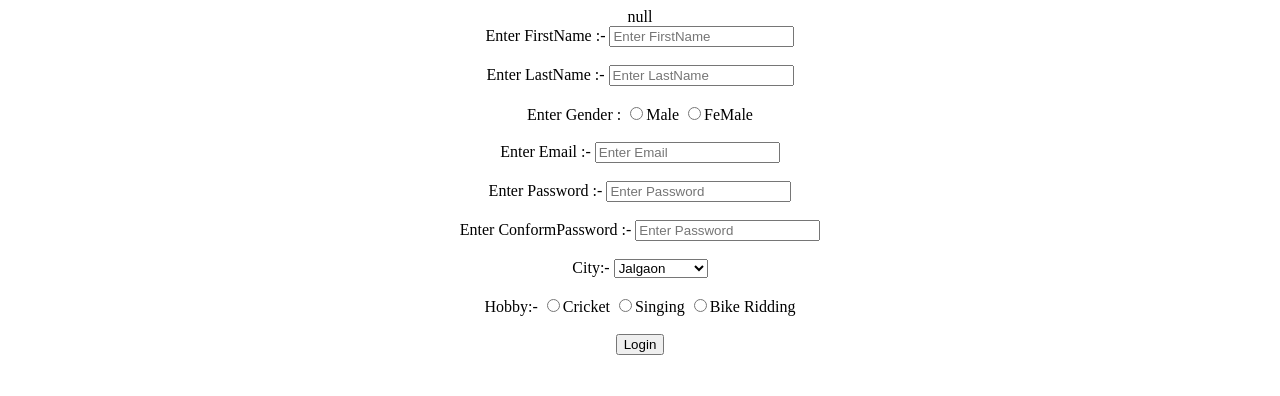
Repository: shzkhar/ISM_ADV_JAVA_23
Page: http://localhost/JSPRegiDemo/Regi.jsp
An editor plug-in stored every save of this project. The page is shown before and after the next save, followed by the edit.
The browser window is 1280 px wide. The pictures show the whole page.
The page is served by Tomcat 9.

Above is the page before, as saved 2023-04-02 13:24:23.

After the next save:
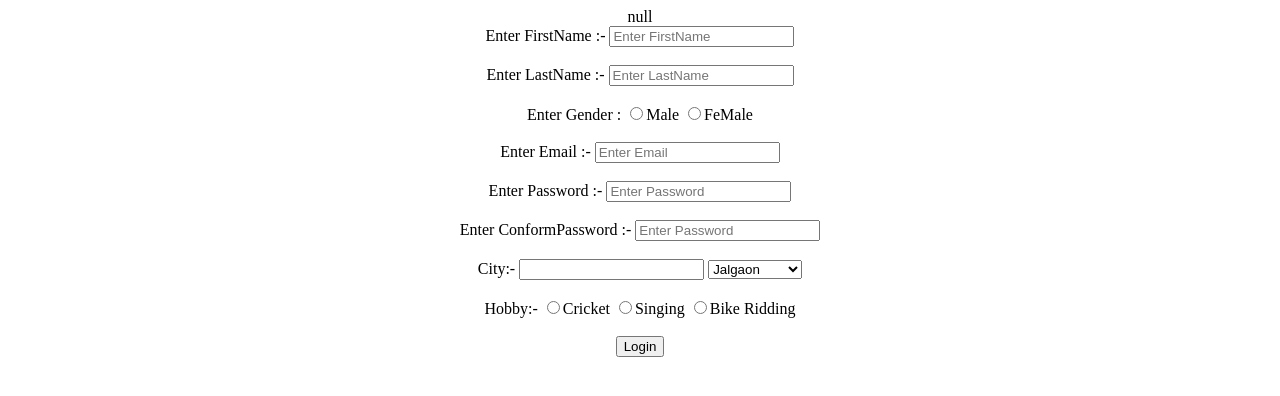
Saved 77 s later.
--- a/JSPRegiDemo/src/main/webapp/Regi.jsp
+++ b/JSPRegiDemo/src/main/webapp/Regi.jsp
@@ -20,12 +20,14 @@
             Enter ConformPassword :- <input type="password" name="cnfpass" placeholder="Enter Password"/><br><br>
 
 
-                 City:-  <select  name="city">
+                 City:-  <input> <select  name="city">
                       <option value="Jalgaon">Jalgaon</option>
                       <option value=Pune">Pune</option>
                       <option value="Mumbai">Mumbai</option>
                       <option value="Ahmedabad">Ahmedabad</option>
-                   </select><br><br>
+                   </select></input><br><br>
+
+
 
 
            Hobby:-

After the save that followed:
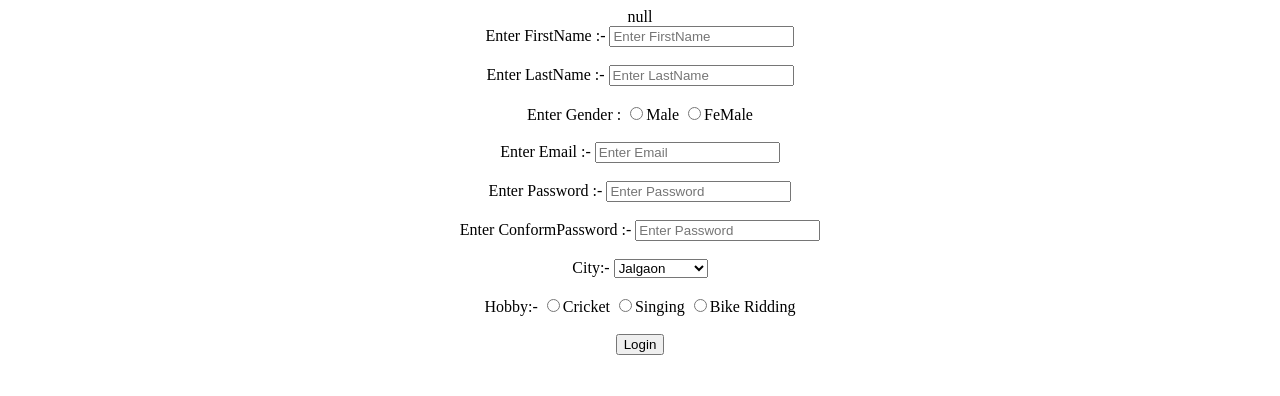
Saved 29 s later.
--- a/JSPRegiDemo/src/main/webapp/Regi.jsp
+++ b/JSPRegiDemo/src/main/webapp/Regi.jsp
@@ -20,12 +20,12 @@
             Enter ConformPassword :- <input type="password" name="cnfpass" placeholder="Enter Password"/><br><br>
 
 
-                 City:-  <input> <select  name="city">
+                 City:-  <select  name="city">
                       <option value="Jalgaon">Jalgaon</option>
                       <option value=Pune">Pune</option>
                       <option value="Mumbai">Mumbai</option>
                       <option value="Ahmedabad">Ahmedabad</option>
-                   </select></input><br><br>
+                   </select><br><br>
 
 
 
